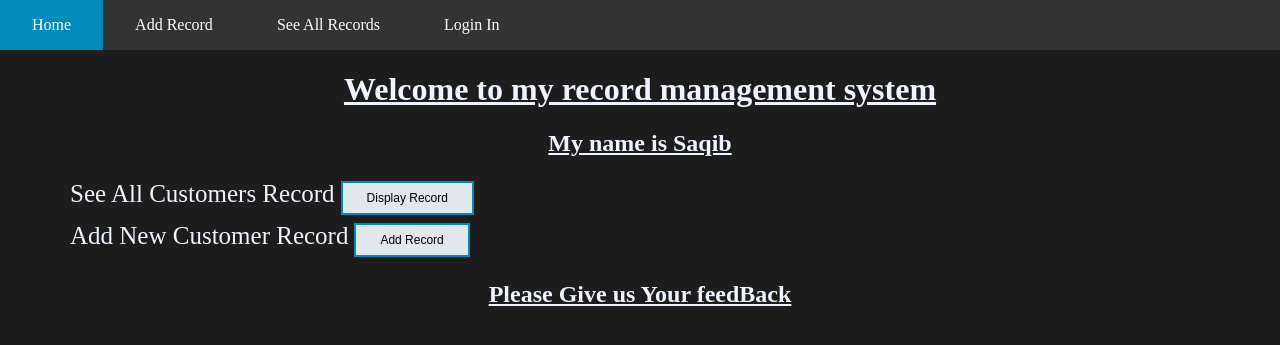
Repository: MUHAMMAD-SAQIB-2000/SpringBoot
Page: http://localhost/WebServiceRecordManagementSystem/home.jsp
The author's editor kept a copy of each file at every save. The page is drawn from the files as they stood at one save, then again after the next save.
The browser window is 1280 px wide. The pictures show the whole page.
The page is served by Tomcat 9. Other server files are loaded and not shown.

Above is the page before, as saved 2020-08-12 15:46:05.

### WebServiceRecordManagementSystem/src/main/webapp/home.jsp
<%@ page language="java" contentType="text/html; charset=ISO-8859-1"
	pageEncoding="ISO-8859-1"%>
<!DOCTYPE html>
<html>
<head>
<meta charset="ISO-8859-1">
<title>Record Management System</title>
<link rel="stylesheet" href="style.css">
</head>
<body>
	<div>
		<ul>
			<li><a class="active" onclick="window.location.href = '${pageContext.request.contextPath}/home'">Home</a></li>
			<li><a onclick="window.location.href = '${pageContext.request.contextPath}/addCustomerForm'">Add Record</a></li>
			<li><a onclick="window.location.href = '${pageContext.request.contextPath}/displayAllCustomers'">See All Records</a></li>
			<li><a href="#about">Login In</a></li>
		</ul>
	</div>

	<div class="mainBody">

		<h1 class="h">Welcome to my record management system</h1>
		<h2 class="h">My name is Saqib</h2>
		<div class="form">
			<label class="title">See All Customers Record</label>
			<button class="button button2"
				onclick="window.location.href = 'displayAllCustomers' ">Display
				Record</button>
			<br> <label class="title">Add New Customer Record</label>
			<button class="button button2"
				onclick="window.location.href = 'addCustomerForm' ">Add
				Record</button>
		</div>
		<h2 class="h">Please Give us Your feedBack</h2>
	</div>

</body>
</html>

### WebServiceRecordManagementSystem/src/main/webapp/style.css
@charset "ISO-8859-1";

body {
	margin: 0px;
	padding: 0px;
	background-color:#1d1d1d;
}

ul {
	list-style-type: none;
	margin: 0;
	padding: 0;
	overflow: hidden;
	background-color: #333;
	position: fixed;
	top: 0;
	width: 100%;
}

li {
	float: left;
}

li a {
	display: block;
	color: white;
	text-align: center;
	padding: 16px 32px;
	text-decoration: none;
	font-size:16px;
}

li a:hover {
	background-color:#008CBA;
	color:#fff;
}

.active {
	background-color: #E1E8ED;
	color:#111;
}
.mainBody{
	padding: 20px 20px;
	margin-top:30px;
}

.h {
	color: #eff4ff;
	text-align: center;
	text-decoration: underline;
}

table, th, td {
	background-color: #E1E8ED;
	color: #111;
	text-align: center;
	border: 2px solid #008CBA;
	margin: 10px;
	padding: 5px;
}

th:hover, td:hover {
	border: 2px solid #111;
	background-color: #008CBA;
	color: white;
	transition-duration: 0.4s;
	cursor: pointer;
}

.tableCSS {
	background-color: #E1E8ED;
	color: #111;
	margin: 5% 22%;
}

.button {
	border: none;
	color: white;
	padding: 8px 24px;
	text-align: center;
	text-decoration: none;
	display: inline-block;
	font-size: 12px;
	margin: 4px 2px;
	transition-duration: 0.4s;
	cursor: pointer;
}

.button2 {
	background-color: #E1E8ED;
	color: black;
	border: 2px solid #008CBA;
}

.button2:hover {
	background-color: #008CBA;
	color: white;
}

.form {
	text-align: left;
	margin-left: 50px;
}

form {
	width: 100%;
	padding: 12px 20px;
	margin: 8px 0;
	box-sizing: border-box;
}

.title {
	font-size: 25px;
	color: #eff4ff;
}
.para{
	font-size: 14px;
	color: #eff4ff;
}
select {
  width: 20%;
  padding: 12px 16px;
  border: none;
  border-radius: 4px;
  background-color: #f1f1f1;
}
.inputForm {
	width: 30%;
	padding: 10px 18px;
	margin: 6px 0;
	box-sizing: border-box;
	background-color: #F7F7F7;
	color: #111;
	border: 2px solid #00aba9;
  	border-radius: 4px;
}
.inputForm:focus {
  border: 3px solid #555;
}
radiobutton {
	size: 10px;
}

option:hover {
	background-color: #008CBA;
	color: white;
}

a {
	text-decoration: none;
	color: #111;
}

a:hover {
	color: #fff;
	font-size: 16px;
}
.foter{
	background-color: #111;
	color:#fff;
	font-size:20px;
}

After the next save:
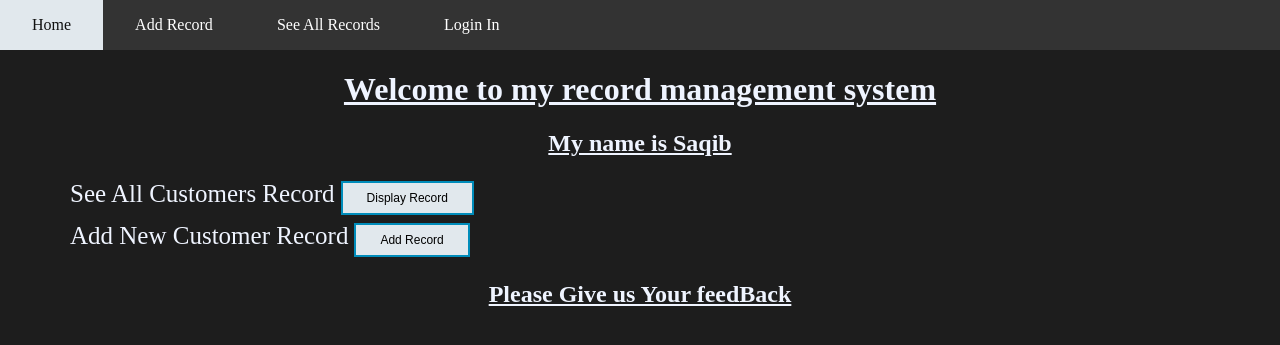
Saved 10 min 49 s later.
--- a/WebServiceRecordManagementSystem/src/main/webapp/style.css
+++ b/WebServiceRecordManagementSystem/src/main/webapp/style.css
@@ -31,13 +31,13 @@ li a {
 }
 
 li a:hover {
-	background-color:#008CBA;
-	color:#fff;
+	background-color: #E1E8ED;
+	color:#111;
 }
 
 .active {
-	background-color: #E1E8ED;
-	color:#111;
+	background-color:#008CBA;
+	color:#fff;
 }
 .mainBody{
 	padding: 20px 20px;
